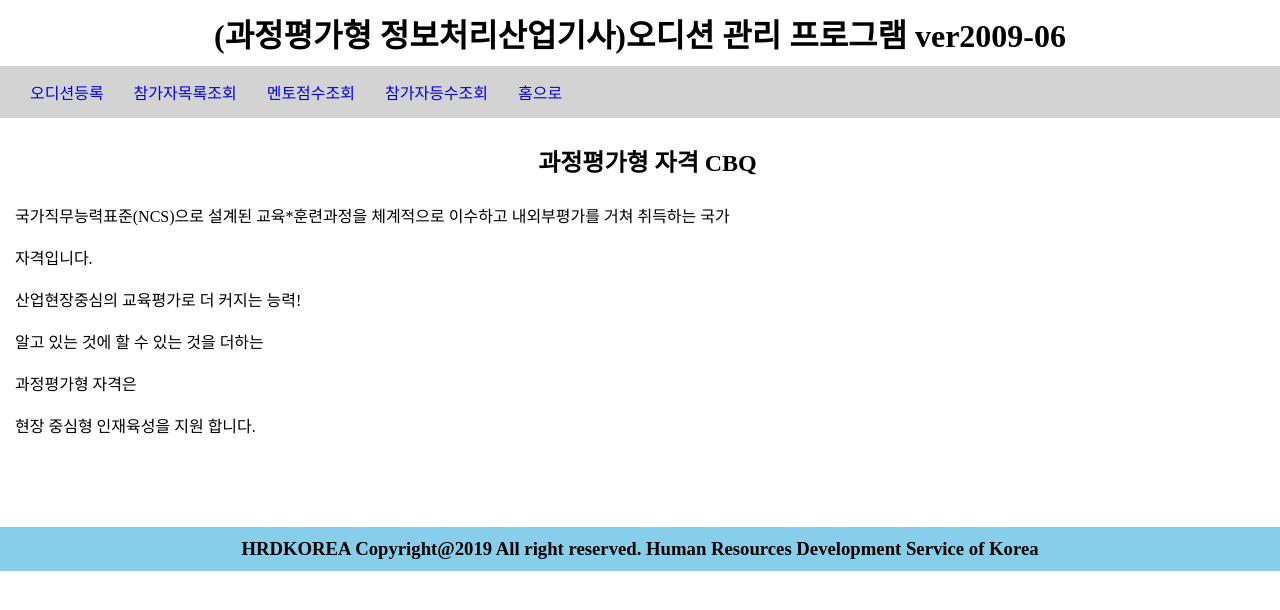
Repository: chyun94/JSP-
Page: http://localhost/Kingdom/list.jsp
An editor plug-in stored every save of this project. The page is shown before and after the next save, followed by the edit.
The browser window is 1280 px wide. The pictures show the whole page.
The page is served by Tomcat 9. Other server files are loaded and not shown.

Above is the page before, as saved 2021-05-11 12:49:13.

### Kingdom/WebContent/list.jsp
<%@ page language="java" contentType="text/html; charset=UTF-8"
    pageEncoding="UTF-8"%>
<!DOCTYPE html>
<html>
<head>
<meta charset="UTF-8">
<title>Insert title here</title>
<style>
*{margin: 0%;padding: 0%}

.header ul,li,a{
list-style: none;
text-decoration: none;
float: left;
padding-left: 15px;
padding-bottom: 0 20px;
text-align: center;
}
.nav{
padding: 14px 0px; overflow: hidden;
background-color: lightgray;
}
.subject table{
width: 600px;
height: auto;
margin: 0 auto;
}
.subject table,th,td{
border: 1px solid gray;
}

.footer{
text-align: center; background: skyblue; padding: 11px;
}
</style>
</head>
<body>
<div>
	<header>
		<h1 style="text-align: center; padding: 10px">(과정평가형 정보처리산업기사)오디션 관리 프로그램 ver2009-06</h1>
		<nav class="nav">
		<ul>
			<li><a href="insert.jsp">오디션등록</a></li>
			<li><a href="list.jsp">참가자목록조회</a></li>
			<li><a href="mentolist.jsp">멘토점수조회</a></li>
			<li><a href="ranking.jsp">참가자등수조회</a></li>
			<li><a href="index.jsp">홈으로</a></li>
		</ul>
		</nav>
	</header>
</div>

<div style="padding-left: 15px;">
	<section>
		<h2 style="text-align: center; padding: 25px;">과정평가형 자격 CBQ</h2>
		국가직무능력표준(NCS)으로 설계된 교육*훈련과정을 체계적으로 이수하고 내외부평가를 거쳐 취득하는 국가
		<br><br>
		자격입니다.
		<br><br>
		산업현장중심의 교육평가로 더 커지는 능력!<br><br>
		알고 있는 것에 할 수 있는 것을 더하는<br><br>
		과정평가형 자격은<br><br>
		현장 중심형 인재육성을 지원 합니다.<br><br><br><br><br><br>
	</section>
</div>

<div>
	<footer>
		<div class="footer">
			<h3 style="text-align: center;">
			HRDKOREA Copyright@2019 All right reserved. Human Resources Development Service of Korea
			</h3>
		</div>
	</footer>
</div>
</body>
</html>

After the next save:
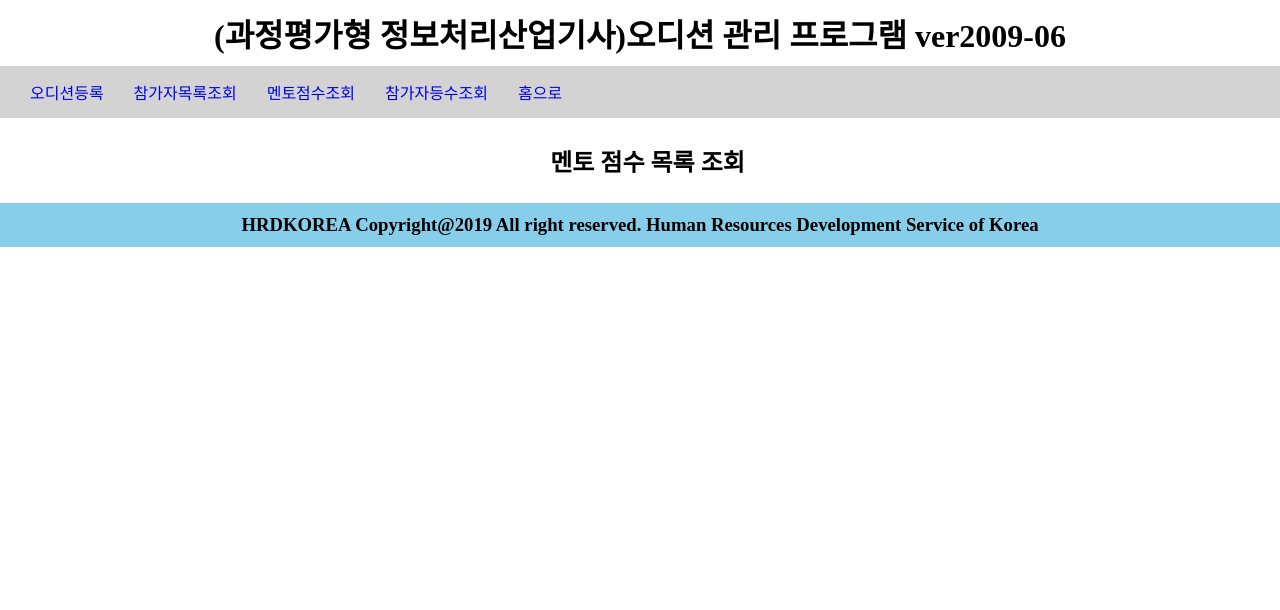
Saved 2 min 19 s later.
--- a/Kingdom/WebContent/list.jsp
+++ b/Kingdom/WebContent/list.jsp
@@ -52,15 +52,8 @@ text-align: center; background: skyblue; padding: 11px;
 
 <div style="padding-left: 15px;">
 	<section>
-		<h2 style="text-align: center; padding: 25px;">과정평가형 자격 CBQ</h2>
-		국가직무능력표준(NCS)으로 설계된 교육*훈련과정을 체계적으로 이수하고 내외부평가를 거쳐 취득하는 국가
-		<br><br>
-		자격입니다.
-		<br><br>
-		산업현장중심의 교육평가로 더 커지는 능력!<br><br>
-		알고 있는 것에 할 수 있는 것을 더하는<br><br>
-		과정평가형 자격은<br><br>
-		현장 중심형 인재육성을 지원 합니다.<br><br><br><br><br><br>
+		<h2 style="text-align: center; padding: 25px;">멘토 점수 목록 조회</h2>
+
 	</section>
 </div>
 
